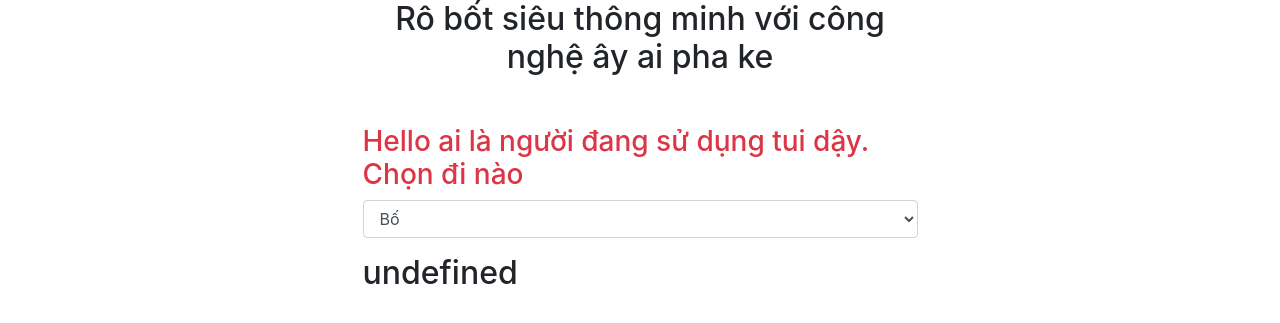
Repository: dovanthao2404/BC14_BaiTap_JS_Buoi_4_dovanthao
Page: html/bai2.html
The author's editor kept a copy of each file at every save. The page is drawn from the files as they stood at one save, then again after a run of saves.
The browser window is 1280 px wide. The pictures show the whole page.
After loading, the first visible `#user` was changed once.

Above is the page before, as saved 2021-07-03 13:56:09.

After the next 2 saves:
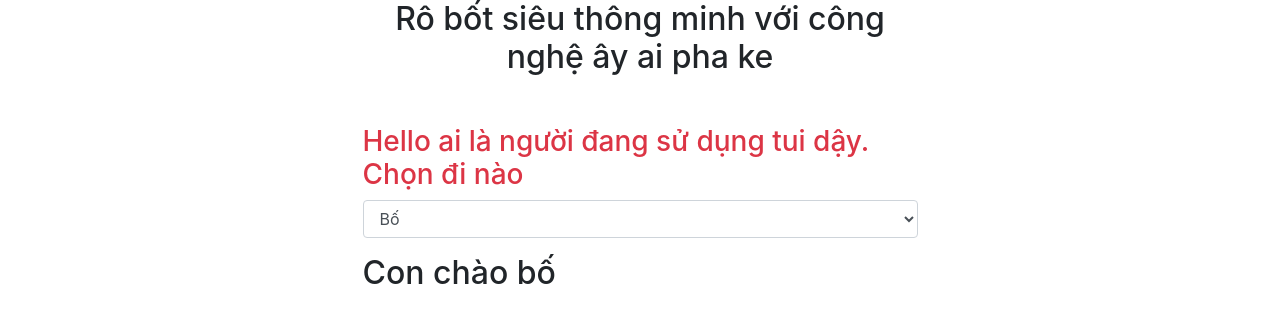
The 2 saves are shown as one change because they came seconds apart.
The last was saved 54 s later.
--- a/js/bai2.js
+++ b/js/bai2.js
@@ -13,13 +13,13 @@ document.getElementById("user").addEventListener("change", function () {
 function audioSayHi() {
   var user = document.getElementById("user").selectedIndex;
   if (user === 0) {
-    returnNotification("Vui lòng chọn!");
+    returnNotification(0);
   } else if (user === 1) {
-    handlerResult("../audio/conchaobo.mp3", "Con chào bố!")
+    handlerResult("../audio/conchaobo.mp3", 1)
   } else if (user === 2) {
-    handlerResult("../audio/conchaome.mp3", "Con chào mẹ!")
+    handlerResult("../audio/conchaome.mp3", 2)
   } else if (user === 3) {
-    handlerResult("../audio/emchaoanh.mp3", "Em chào anh!")
+    handlerResult("../audio/emchaoanh.mp3", 3)
   } else {
     handlerResult("../audio/emgai.mp3", "Anh chào em gái!")
   }
